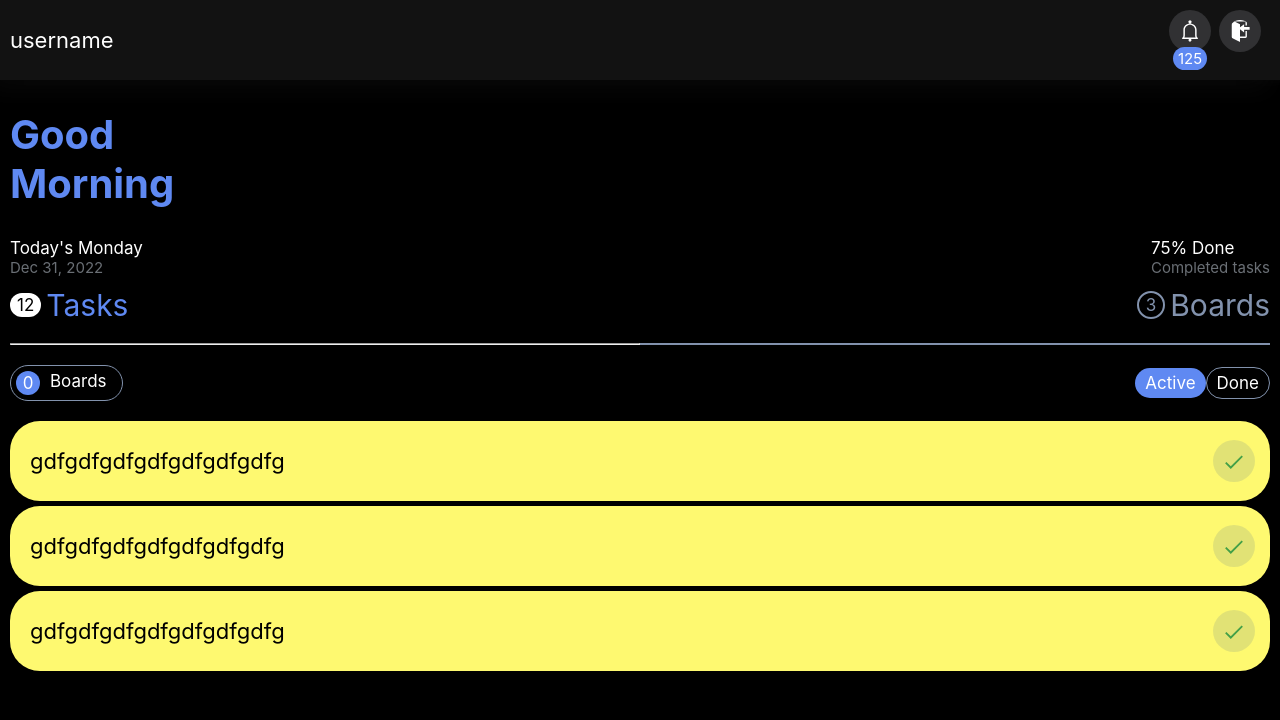
Repository: ShindanoSingi/todo-app
Page: /
These files come from the project's save history. The page is drawn as it stood at one moment and after the next save; the edit follows.
The browser window is 1280 px wide. The pictures show the whole page.
The project was rebuilt for these pictures with package versions that can differ from the ones it lists, and the page was loaded fresh each time. Also part of the build but not shown: src/pages/LandingPage.js.

Above is the page before, as saved 2023-01-01 19:23:58.

### src/index.css
* {
  font-size: 22px;
  margin: 0;
  padding: 0;
}

body {
  margin: 0;
  padding: 0;
  font-family: -apple-system, BlinkMacSystemFont, 'Segoe UI', 'Roboto', 'Oxygen',
    'Ubuntu', 'Cantarell', 'Fira Sans', 'Droid Sans', 'Helvetica Neue',
    sans-serif;
  -webkit-font-smoothing: antialiased;
  -moz-osx-font-smoothing: grayscale;
}

code {
  font-family: source-code-pro, Menlo, Monaco, Consolas, 'Courier New',
    monospace;
}

.signin-icon-signin-text-container {
  display: flex;
  align-items: center;
  flex-direction: column;
}

.bell-icon-bell-num-container {
  display: flex;
  flex-direction: column;
  align-items: center;
  margin-left: 20px;
}

.signin-text {
  display: none;
}

.bell-num,
.signin-text {
  font-size: 15px;
}

.bell-num {
  text-align: center;
  color: #fff;
  padding: 2px 5px;
  background-color: #5f89f2;
  border-radius: 50px;
  margin-top: -5px;
}

.bell-icon,
.signin-icon {
  color: white;
  padding: 10px;
  border-radius: 50px;
  background-color: #313133;
}

div.signin-icon-signin-text-container:hover p.signin-text {
  display: block;
}

.bell-icon-signin-container {
  display: grid;
  grid-template-columns: 60px 60px;
}

.username,
.signin-text {
  color: #fff;
}

.nav-bar {
  display: flex;
  align-items: center;
  justify-content: space-between;
  padding: 10px;
  background: #121212;
  box-shadow: -11px 11px 22px #070707, 11px -11px 22px #1d1d1d;
}

h1 {
  position: absolute;
  top: 10%;
  z-index: 1;
}

h2 {
  font-size: 40px;
  color: #5f89f2;
}

.salutation-container {
  margin-top: 30px;
  padding-left: 10px;
}

.day,
.percent,
.small-boards,
.done,
.active {
  font-size: 17px;
  color: #ffffff;
}

.date,
.completed {
  font-size: 15px;
  color: #6a6f75;
}

.day-to-percent-container {
  display: flex;
  justify-content: space-between;
  padding: 10px;
  margin-top: 20px;
}

.tasks-num {
  text-align: center;
  font-size: 17px;
  background: #ffff;
  padding: 2px 7px;
  border-radius: 50px;
  height: 20px;
}

.tasks {
  font-size: 30px;
  font-weight: light;
  color: #5f89f2;
}

.boards-num {
  font-size: 17px;
  color: #8292ad;
  border: 2px solid #8292ad;
  padding: 2px 7px;
  border-radius: 50px;
  height: 20px;
}

.big-boards {
  font-size: 30px;
  font-weight: light;
  color: #8292ad;
}

.tasks-num-tasks-container,
.boards-num-boards-container {
  display: flex;
  align-items: center;
  gap: 5px;
}

.line-tasks {
  width: 50%;
}

.line-boards {
  width: 50%;
  border: 1px solid #8292ad;
}

.line-tasks-ine-boards-container {
  display: flex;
  justify-content: space-between;
  /* margin-top: 10px; */
  padding: 0 10px;
}

.tasks-to-boards-container {
  display: flex;
  justify-content: space-between;
  padding: 0 10px;
}

.num-boards {
  font-size: 17px;
  text-align: center;
  color: #fff;
  background: #5f89f2;
  padding: 2px;
  border-radius: 50px;
  height: 20px;
  width: 20px;
}

.small-boards {
  color: #fff;
}

.num-boards-small-boards-container {
  display: flex;
  gap: 10px;
  border: 1px solid #8292ad;
  padding: 5px;
  border-radius: 50px;
  padding-right: 15px;
}

.active {
  text-align: center;
  background: #5f89f2;
  padding: 0px 10px;
  border-radius: 50px;
  padding: 5px 10px;
}

.done {
  display: flex;
  gap: 10px;
  border: 1px solid #8292ad;
  border-radius: 50px;
  padding: 5px 10px;
}

.active-done-container {
  display: flex;
  align-items: center;
}

.num-boards-to-small-boards-container {
  display: flex;
  justify-content: space-between;
  align-items: center;
  padding: 0 10px;
}

.task-title {
  word-wrap: break-word;
  padding: 5px;
  width: 80%;
}

.check-circle-icon {
  color: white;
  padding: 10px;
  border-radius: 50px;
  background: rgba(121, 141, 139, 0.21);
}

.todo-card {
  margin: 0 10px;
  padding: 15px;
  min-height: 50px;
  border-radius: 30px;
  display: flex;
  align-items: center;
  justify-content: space-between;
}

.todos-container {
  display: flex;
  flex-direction: column;
  gap: 5px;
  max-height: 250px;
  overflow-y: scroll;
  box-shadow: 10px 0 grey;
}

.main {
  display: flex;
  flex-direction: column;
  gap: 20px;
}

/* Credit: Cole McCombs; */
.landing-page-wrapper {
  height: 100%;
  display: flex;
  flex-direction: column;
  align-items: center;
  justify-content: center;
}

/* Credit: Cole McCombs; */
.button {
  min-width: 150px;
  min-height: 40px;
  font-family: 'Nunito', sans-serif;
  font-size: 22px;
  text-transform: uppercase;
  letter-spacing: 1.3px;
  font-weight: 700;
  color: #313133;
  background: #37b7ff;
  background: linear-gradient(
    90deg,
    rgb(59, 123, 190) 0%,
    rgb(29, 181, 228) 100%
  );
  border: none;
  border-radius: 1000px;
  box-shadow: 12px 12px 24px rgba(28, 120, 186, 0.64);
  transition: all 0.3s ease-in-out 0s;
  cursor: pointer;
  outline: none;
  position: absolute;
  top: 85%;
  padding: 10px;
}

/* Credit: Cole McCombs; */
button::before {
  content: '';
  border-radius: 1000px;
  min-width: calc(150px + 12px);
  min-height: calc(40px + 12px);
  border: 6px solid #008cff;
  box-shadow: 0 0 60px rgba(25, 150, 233, 0.64);
  position: absolute;
  top: 50%;
  left: 50%;
  transform: translate(-50%, -50%);
  opacity: 0;
  transition: all 0.3s ease-in-out 0s;
}

/* Credit: Cole McCombs; */
.button:hover,
.button:focus {
  color: #bfbfd4;
  transform: translateY(-6px);
}

/* Credit: Cole McCombs; */
button:hover::before,
button:focus::before {
  opacity: 1;
}

/* Credit: Cole McCombs; */
button::after {
  content: '';
  width: 30px;
  height: 30px;
  border-radius: 100%;
  border: 6px solid #0f8bdd;
  position: absolute;
  z-index: -1;
  top: 50%;
  left: 50%;
  transform: translate(-50%, -50%);
  animation: ring 1.5s infinite;
}

/* Credit: Cole McCombs; */
button:hover::after,
button:focus::after {
  animation: none;
  display: none;
}

/* Credit: Cole McCombs; */
@keyframes ring {
  0% {
    width: 20px;
    height: 20px;
    opacity: 1;
  }
  100% {
    width: 150px;
    height: 150px;
    opacity: 0;
  }
}

.landing-page-image {
  position: fixed;
  width: 100%;
  height: 100%;
}

.landing-page-image {
  -webkit-animation: anim 8s infinite linear;
  animation: anim 8s infinite linear;
}

@-webkit-keyframes anim {
  from {
    -webkit-transform: rotateY(0deg);
  }
  to {
    -webkit-transform: rotateY(90deg);
  }
}

@keyframes anim {
  from {
    transform: rotateY(90deg);
  }
  to {
    transform: rotateY(0deg);
  }
}

.container {
  height: 100%;
  width: 100%;
  position: fixed;
  background-color: #000000;
}

### src/App.js
import Todos from './pages/Todos'

import LandingPage from './pages/LandingPage'

function App() {
  return (
    <div className="">
      {/* <LandingPage /> */}
      <Todos />
    </div>
  )
}

export default App

### src/pages/Todos.js
import React from 'react'
import checkbox from '../assests/check.svg'
import { RxBell } from 'react-icons/rx'
import { GoSignIn } from 'react-icons/go'
import { FcCheckmark } from 'react-icons/fc'

function Todos() {
    let color = "#FEF970"
    return (
        <div className='container'>
            <div className='todos-wrapper'>
                <nav className='nav-bar'>
                    <p className='username'>username</p>
                    <div className='bell-icon-signin-container'>
                        <div className='bell-icon-bell-num-container'>
                            <RxBell className='bell-icon' />
                            <p className='bell-num'>125</p>
                        </div>
                        <div className='signin-icon-signin-text-container'>
                            <GoSignIn className='signin-icon' />
                            <p className='signin-text'>Sign In</p>
                        </div>

                    </div>
                </nav>
                <div className='salutation-container'>
                    <h2 className='good-text'>Good</h2>
                    <h2 className='morning-text'>Morning</h2>
                </div>

                <div className='day-to-percent-container'>
                    <div className='day-date-container'>
                        <p className='day'>Today's Monday</p>
                        <p className='date'>Dec 31, 2022</p>
                    </div>
                    <div className='percent-completed-container'>
                        <p className='percent'>75% Done</p>
                        <p className='completed'>Completed tasks</p>
                    </div>
                </div>
                <main className='main'>
                    <div className='tasks-to-boards-container'>
                        <div className='tasks-num-tasks-container'>
                            <p className='tasks-num'>12</p>
                            <p className='tasks'>Tasks</p>
                        </div>
                        <div className='boards-num-boards-container'>
                            <p className='boards-num'>3</p>
                            <p className='big-boards'>Boards</p>
                        </div>
                    </div>
                    <div className='line-tasks-ine-boards-container'>
                        <hr className='line-tasks' />
                        <hr className='line-boards' />
                    </div>

                    <div className='num-boards-to-small-boards-container'>
                        <div className='num-boards-small-boards-container'>
                            <p className='num-boards'>0</p>
                            <p className='small-boards'>Boards</p>
                        </div>
                        <div className='active-done-container'>
                            <p className='active'>Active</p>
                            <p className='done'>Done</p>
                        </div>
                    </div>
                    <div className='todos-container'>
                        <div className='todo-card' style={{ backgroundColor: color }}>
                            <p className='task-title'>gdfgdfgdfgdfgdfgdfgdfg</p>
                            < FcCheckmark className='check-circle-icon' />
                        </div>
                        <div className='todo-card' style={{ backgroundColor: color }}>
                            <p className='task-title'>gdfgdfgdfgdfgdfgdfgdfg</p>
                            < FcCheckmark className='check-circle-icon' />
                        </div>
                        <div className='todo-card' style={{ backgroundColor: color }}>
                            <p className='task-title'>gdfgdfgdfgdfgdfgdfgdfg</p>
                            < FcCheckmark className='check-circle-icon' />
                        </div>
                        <div className='todo-card' style={{ backgroundColor: color }}>
                            <p className='task-title'>gdfgdfgdfgdfgdfgdfgdfg</p>
                            < FcCheckmark className='check-circle-icon' />
                        </div>
                        <div className='todo-card' style={{ backgroundColor: color }}>
                            <p className='task-title'>gdfgdfgdfgdfgdfgdfgdfg</p>
                            < FcCheckmark className='check-circle-icon' />
                        </div>
                        <div className='todo-card' style={{ backgroundColor: color }}>
                            <p className='task-title'>gdfgdfgdfgdfgdfgdfgdfg</p>
                            < FcCheckmark className='check-circle-icon' />
                        </div>
                        <div className='todo-card' style={{ backgroundColor: color }}>
                            <p className='task-title'>gdfgdfgdfgdfgdfgdfgdfg</p>
                            < FcCheckmark className='check-circle-icon' />
                        </div>
                        <div className='todo-card' style={{ backgroundColor: color }}>
                            <p className='task-title'>gdfgdfgdfgdfgdfgdfgdfg</p>
                            < FcCheckmark className='check-circle-icon' />
                        </div>
                        <div className='todo-card' style={{ backgroundColor: color }}>
                            <p className='task-title'>gdfgdfgdfgdfgdfgdfgdfg</p>
                            < FcCheckmark className='check-circle-icon' />
                        </div>
                        <div className='todo-card' style={{ backgroundColor: color }}>
                            <p className='task-title'>gdfgdfgdfgdfgdfgdfgdfg</p>
                            < FcCheckmark className='check-circle-icon' />
                        </div>
                        <div className='todo-card' style={{ backgroundColor: color }}>
                            <p className='task-title'>gdfgdfgdfgdfgdfgdfgdfg</p>
                            < FcCheckmark className='check-circle-icon' />
                        </div>
                        <div className='todo-card' style={{ backgroundColor: color }}>
                            <p className='task-title'>gdfgdfgdfgdfgdfgdfgdfg</p>
                            < FcCheckmark className='check-circle-icon' />
                        </div>
                        <div className='todo-card' style={{ backgroundColor: color }}>
                            <p className='task-title'>gdfgdfgdfgdfgdfgdfgdfg</p>
                            < FcCheckmark className='check-circle-icon' />
                        </div>
                        <div className='todo-card' style={{ backgroundColor: color }}>
                            <p className='task-title'>gdfgdfgdfgdfgdfgdfgdfg</p>
                            < FcCheckmark className='check-circle-icon' />
                        </div>
                        <div className='todo-card' style={{ backgroundColor: color }}>
                            <p className='task-title'>gdfgdfgdfgdfgdfgdfgdfg</p>
                            < FcCheckmark className='check-circle-icon' />
                        </div>
                        <div className='todo-card' style={{ backgroundColor: color }}>
                            <p className='task-title'>gdfgdfgdfgdfgdfgdfgdfg</p>
                            < FcCheckmark className='check-circle-icon' />
                        </div>
                        <div className='todo-card' style={{ backgroundColor: color }}>
                            <p className='task-title'>gdfgdfgdfgdfgdfgdfgdfg</p>
                            < FcCheckmark className='check-circle-icon' />
                        </div>
                        <div className='todo-card' style={{ backgroundColor: color }}>
                            <p className='task-title'>gdfgdfgdfgdfgdfgdfgdfg</p>
                            < FcCheckmark className='check-circle-icon' />
                        </div>
                        <div className='todo-card' style={{ backgroundColor: color }}>
                            <p className='task-title'>gdfgdfgdfgdfgdfgdfgdfg</p>
                            < FcCheckmark className='check-circle-icon' />
                        </div>
                        <div className='todo-card' style={{ backgroundColor: color }}>
                            <p className='task-title'>gdfgdfgdfgdfgdfgdfgdfg</p>
                            < FcCheckmark className='check-circle-icon' />
                        </div>
                        <div className='todo-card' style={{ backgroundColor: color }}>
                            <p className='task-title'>gdfgdfgdfgdfgdfgdfgdfg</p>
                            < FcCheckmark className='check-circle-icon' />
                        </div>
                        <div className='todo-card' style={{ backgroundColor: color }}>
                            <p className='task-title'>gdfgdfgdfgdfgdfgdfgdfg</p>
                            < FcCheckmark className='check-circle-icon' />
                        </div>

                    </div>

                </main>
            </div>
        </div>
    )
}

export default Todos

Loaded but not shown: public/index.html (common file); src/index.js (common file); src/reportWebVitals.js (common file)

After the next save:
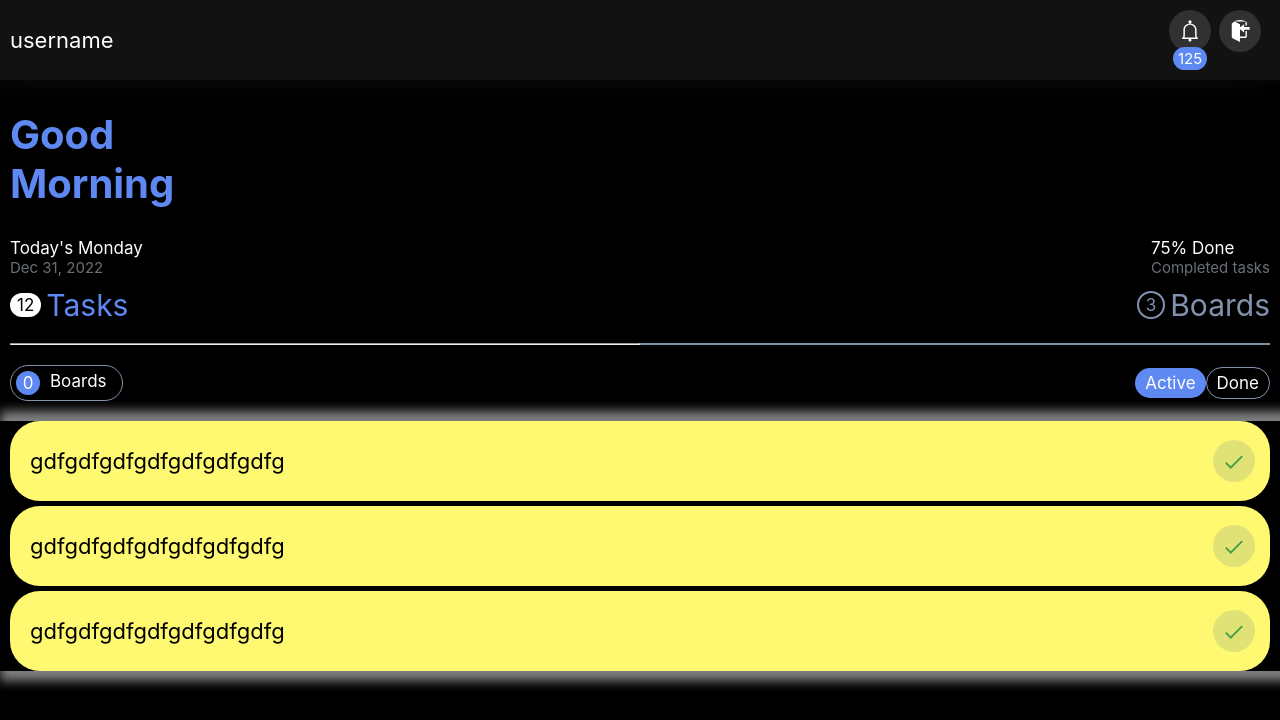
Saved 11 s later.
--- a/src/index.css
+++ b/src/index.css
@@ -259,7 +259,7 @@ h2 {
   gap: 5px;
   max-height: 250px;
   overflow-y: scroll;
-  box-shadow: 10px 0 grey;
+  box-shadow: 10px 0 10px 10px grey;
 }
 
 .main {
